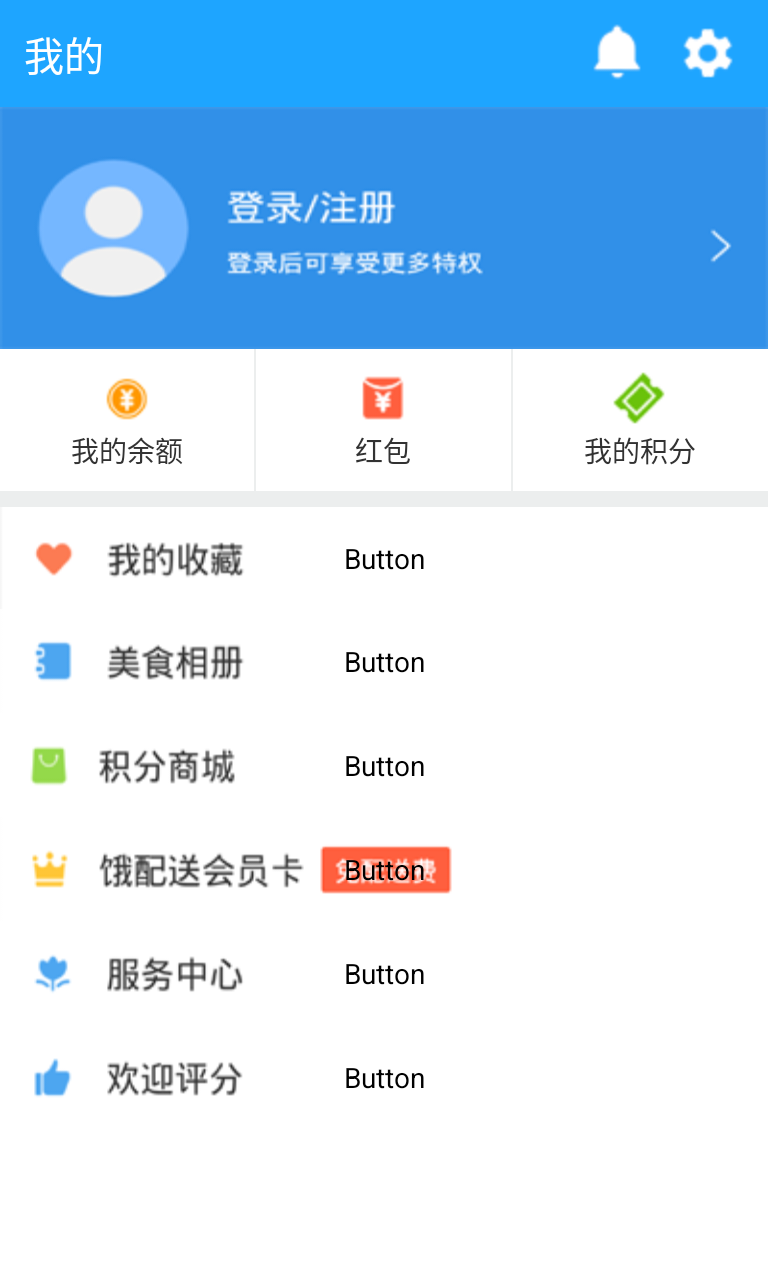
Repository: shi1hh/v
Layout: HungryTest/res/layout/fragment_wode.xml
An editor plug-in stored every save of this project. The layout is shown before and after the next save, followed by the edit.
Pictures or frames that could not be fetched are drawn as grey boxes. It is drawn on a 768 x 1280 px phone screen (xhdpi) without system bars, with theme android:Theme.Light.NoTitleBar; the app's code is not run.

Above is the layout before, as saved 2015-10-25 14:59:41.

### HungryTest/res/layout/fragment_wode.xml
<?xml version="1.0" encoding="utf-8"?>
<LinearLayout xmlns:android="http://schemas.android.com/apk/res/android"
    android:layout_width="match_parent"
    android:layout_height="match_parent"
    android:orientation="vertical" >

    <RelativeLayout
        android:layout_width="match_parent"
        android:layout_height="wrap_content"
        android:background="@color/blackground" >

        <TextView
            style="@style/normal_text"
            android:layout_width="wrap_content"
            android:layout_height="wrap_content"
            android:layout_alignParentLeft="true"
            android:layout_alignParentTop="true"
            android:layout_centerVertical="true"
            android:background="@color/blackground"
            android:gravity="center"
            android:text="@string/wode_title" />

        <Button
            android:id="@+id/button2"
            android:layout_width="wrap_content"
            android:layout_height="wrap_content"
            android:layout_centerVertical="true"
            android:layout_marginRight="15dp"
            android:layout_toLeftOf="@+id/button1"
            android:background="@drawable/wodetitle1" />

        <Button
            android:id="@+id/button1"
            android:layout_width="wrap_content"
            android:layout_height="wrap_content"
            android:layout_alignParentRight="true"
            android:layout_centerVertical="true"
            android:layout_marginRight="15dp"
            android:background="@drawable/wodetitle2" />
    </RelativeLayout>

    <Button
        android:id="@+id/button3"
        android:layout_width="match_parent"
        android:layout_height="wrap_content"
        android:background="@drawable/wodeuserlogo" />

    <LinearLayout
        android:layout_width="match_parent"
        android:layout_height="wrap_content"
        android:background="@color/blackground2"
        android:orientation="horizontal"
        android:paddingBottom="8dp" >

        <TextView
            android:id="@+id/button5"
            android:layout_width="0dp"
            android:layout_height="wrap_content"
            android:layout_weight="1"
            android:background="@color/white"
            android:drawableTop="@drawable/wodewodeyue"
            android:gravity="center"
            android:padding="@dimen/padding_wode_yue_jifen_hongbao"
            android:text="@string/wode_wodeyue" />

        <TextView
            android:id="@+id/button4"
            android:layout_width="0dp"
            android:layout_height="wrap_content"
            android:layout_weight="1"
            android:background="@color/white"
            android:drawableTop="@drawable/wodehongbao"
            android:gravity="center"
            android:layout_marginLeft="1dp"
            android:layout_marginRight="1dp"
                        android:padding="@dimen/padding_wode_yue_jifen_hongbao"
            android:text="@string/wode_hongbao" />

        <TextView
            android:id="@+id/button6"
            android:layout_width="0dp"
            android:layout_height="wrap_content"
            android:layout_weight="1"
            android:background="@color/white"
            android:drawableTop="@drawable/wodejifen"
            android:gravity="center"
                        android:padding="@dimen/padding_wode_yue_jifen_hongbao"
            android:text="@string/wode_jifen" />
    </LinearLayout>

    <Button
        android:id="@+id/button7"
        android:layout_width="wrap_content"
        android:layout_height="wrap_content"
        android:text="Button"
        android:background="@drawable/wodewodeshoucan" />

    <Button
        android:id="@+id/button8"
        android:layout_width="wrap_content"
        android:layout_height="wrap_content"
        android:background="@drawable/wodemeishixiangce"
        android:text="Button" />

    <Button
        android:id="@+id/button9"
        android:layout_width="wrap_content"
        android:layout_height="wrap_content"
        android:background="@drawable/wodejifenshangcheng"
        android:text="Button" />

    <Button
        android:id="@+id/button10"
        android:layout_width="wrap_content"
        android:background="@drawable/wodefanpeisong"
        android:layout_height="wrap_content"
        android:text="Button" />

    <Button
        android:id="@+id/button11"
        android:layout_width="wrap_content"
        android:layout_height="wrap_content"
        android:background="@drawable/wodefuwuzhongxin"
        android:text="Button" />

    <Button
        android:id="@+id/button12"
        android:layout_width="wrap_content"
        android:layout_height="wrap_content"
        android:background="@drawable/wodehuanyingpingfen"
        android:text="Button" />

</LinearLayout>

### HungryTest/res/values/color.xml
<?xml version="1.0" encoding="utf-8"?>
<resources>
    <color name="sum">#ffffff</color>
    <color name="balance">#00FF7F</color>
    <color name="balance_text">#ffffff</color>
    <color name="lvlft_select">#ffffff</color>
    <color name="lvlft_black">#CFCFCF</color>
    <color name="white">#ffffff</color>
    <color name="navigation_bg">#F6F6F6</color>
      <color name="blackground">#1EA5FF</color>
      <color name="text_gray">#CCCCCC</color>
      <color name="waimai_divider">#EEEEEC</color>
      <color name="normal_text">#ffffff</color>
      <color name="blackground2">#eceeee</color>
      <color name="login_button">#60C04D</color>
      <color name="divider">#EEEEEC</color>
      <color name="text_gray_2">#8F8F8F</color>
      <color name="blackground_cart_listview">#F2F2F2</color>
      <color name="black">#FFFAFA</color>
      <color name="text1">#EE2C2C</color>
      <color name="text2">#DAA520</color>
</resources>

### HungryTest/res/values/styles.xml
<resources xmlns:android="http://schemas.android.com/apk/res/android">

    <!--
        Base application theme, dependent on API level. This theme is replaced
        by AppBaseTheme from res/values-vXX/styles.xml on newer devices.





    -->
    <style name="CartActionbar" parent="@android:style/Theme.Holo.Light">

        <!--
            Theme customizations available in newer API levels can go in
            res/values-vXX/styles.xml, while customizations related to
            backward-compatibility can go here.


        -->
        <item name="android:actionBarStyle">@style/CartActionbarBlackground
</item>
<item name="android:actionBarTabTextStyle">@style/CartActionbarTabText</item>
<item name="android:actionBarTabStyle">@style/CartActionbarBackground</item>
<item name="android:textSize">20sp</item>
<item name="android:homeAsUpIndicator">@drawable/back</item>
    </style>

    <style name="CartActionbarBlackground" parent="@android:style/Widget.Holo.Light.ActionBar">
        <item name="android:background">@color/blackground</item>
           <item name="android:gravity">center_horizontal</item>
           <item name="android:titleTextStyle">@style/MyActionBarTitleText</item>

    </style>
        <style name="MyActionBarTitleText" parent="@android:style/TextAppearance.Holo.Widget.ActionBar.Title">
        <item name="android:textColor">#fff</item>
    </style>
    <style name="CartActionbarTabText" parent="@android:style/Widget.ActionBar.TabText">
        <item name="android:textColor">@drawable/selector_cart_tab</item>
        <item name="android:gravity">center_horizontal</item>
    </style>
  <style name="CartActionbarBackground" parent="@android:style/Widget.ActionBar.TabBar" >
      <item name="android:background">@drawable/selector_cart_tab_background</item>
      <item name="android:gravity">center_horizontal</item>
      <item name="android:alignmentMode" >alignBounds</item>
  </style>


  <style name="Universal" parent="@android:style/Theme.Holo.Light">
        <item name="android:actionBarStyle">@style/CartActionbarBlackground
</item>
<item name="android:textSize">20sp</item>
<item name="android:homeAsUpIndicator">@drawable/back</item>
</style>







    <!-- Application theme. -->
    <style name="AppTheme" parent="AppBaseTheme">
        <!-- All customizations that are NOT specific to a particular API-level can go here. -->
    </style>




    <style name="text">
        <item name="android:textSize">10sp</item>
        <item name="android:gravity">center_horizontal</item>
    </style>

    <style name="waimai_tb_text">
        <item name="android:textSize">13sp</item>
        <item name="android:gravity">center_horizontal</item>
    </style>

    <style name="waimai_money_text">
        <item name="android:textColor">#FF3030</item>
        <item name="android:textSize">20sp</item>
    </style>

    <style name="back">
        <item name="android:textColor">#ffffff</item>
        <item name="android:textSize">30sp</item>
        <item name="android:text">←</item>
    </style>

    <!-- 外卖页面 -->
    <style name="waimai_store_name_textsize">
        <item name="android:textSize">20sp</item>
    </style>

    <style name="normal_text">
        <item name="android:textSize">20sp</item>
        <item name="android:textColor">#ffffff</item>
        <item name="android:padding">12dp</item>
    </style>
<!-- 登录页面 -->
    <style name="login_">
        <item name="android:textSize">20sp</item>
        <item name="android:textColor">#ffffff</item>
        <item name="android:padding">10dp</item>
        <item name="android:gravity">center</item>
        <item name="android:text">登录</item>
    </style>

    <style name="forget_psw">
        <item name="android:textColor">#1EA5FF
</item>
        <item name="android:text">忘记密码?</item>
    </style>

    <style name="login_message">
        <item name="android:textColor">#1EA5FF
</item>
        <item name="android:text">短信验证码登录</item>
    </style>
<!-- 发现页面 -->
    <style name="faxian_reward_btn">
        <item name="android:textColor">#ffffff</item>
        <item name="android:background">#FF4500</item>
        <item name="android:text">抽奖</item>
        <item name="android:padding">5dp</item>
    </style>

    <!-- 购物车 -->
   <style
       name="cart_menu_right_grouptext"
       ><item name="android:textColor">#777777</item>
<item name="android:textSize">15sp</item>
<item name="android:background">#F5F5F5</item>
<item name="android:padding">5dp</item></style>

   <style
       name="cart_menu_right_item_name"
       ><item name="android:textSize">20sp</item>
       <item name="android:textColor">#333333</item>
   </style>
   <style
       name="cart_menu_right_item_note"
       ><item name="android:textSize">12sp</item>
       <item name="android:textColor">#999999</item>
   </style>
   <style name="cart_menu_right_item_price">
       <item name="android:textColor">#FF3030</item>
       <item name="android:textSize">23sp</item>

   </style>
   <style
       name="cart_menu_right_item_count"
       ><item name="android:textColor">@color/blackground</item>
       <item name="android:textSize">20sp</item>
       <item name="android:layout_marginRight">5dp</item>
   </style>
   <style
       name="cart_menu_right_item_sells"
       ><item name="android:textColor">#999999</item>
   <item name="android:textSize">12sp</item>
   <item  name="android:layout_marginLeft">5dp</item></style>
   <style name="cart_menu_left_item_name" >
       <item
           name="android:textSize"
           >15sp</item>
       <item  name="android:textColor">#666666</item>
       <item name="android:layout_marginLeft">8dp</item>
   </style>
   <style name="cart_menu_car">
       <item name="android:height">50dp</item>
       <item name="android:background">#4E4E4E</item>
       <item name="android:alpha">0.8</item>
   </style>
   <!-- 出错页面 -->
   <style name="error_button">
       <item name="android:background"  >@color/blackground</item>
       <item name="android:textSize">20sp</item>
       <item name="android:text">重新加载</item>
       <item name="android:textColor">#ffffff</item>
       <item name="android:padding">5dp</item>
   </style>

   <!-- 商家页面 -->
   <style name="seller_name">
<item name="android:gravity">center</item>
       <item name="android:textSize">20sp</item>

   </style>
   <style name="seller_span_text">
       <item name="android:textColor">@color/text_gray_2</item>
       <item name="android:textSize">15sp</item>
       <item name="android:padding">20dp</item>
   </style>
   <style name="seller_announcement">
       <item name="android:textColor">#FF7256</item>
       <item name="android:text">商家公告</item>
       <item name="android:padding">12dp</item>
   </style>
   <style name="seller_introdu_text">
       <item name="android:text">商家简介</item>
       <item name="android:textColor">#9A9A9A</item>
       <item name="android:padding">12dp</item>
   </style>
   <style name="seller_introdu_content">
       <item name="android:textColor">#333333</item>
          <item name="android:padding">12dp</item>
          <item name="android:text">叫外卖，上饿了么！</item>
   </style>
   <style name="seller_detail"><item name="android:text">商家信息</item>
            <item name="android:textColor">#9A9A9A</item>
                   <item name="android:padding">12dp</item>
   </style>
   <style name="seller_detail_content"><item name="android:textColor">#333333</item>
              <item name="android:padding">12dp</item>
   </style>

   <!-- 评价页面 -->
   <style name="evaluate_service_text">
       <item name="android:textColor">#9A9A9A</item>
                <item name="android:padding">5dp</item>
                <item name="android:text">服务态度</item>
                <item name="android:textSize">13sp</item>
   </style>
   <style name="evaluate_goods_text">
         <item name="android:textColor">#9A9A9A</item>
                <item name="android:padding">5dp</item>
                <item name="android:text">菜品评分</item>
                                <item name="android:textSize">13sp</item>
                <item name="android:gravity">center</item>
   </style>
   <style name="evaluate_goods_score">
       <item name="android:textColor">#EE2C2C</item>
              <item name="android:padding">5dp</item>
                              <item name="android:textSize">13sp</item>
               <item name="android:text">分</item>
   </style>



</resources>

### HungryTest/res/values/strings.xml
<?xml version="1.0" encoding="utf-8"?>
<resources>

    <string name="app_name">HungryTest</string>
    <string name="hello_world">Hello world!</string>
    <string name="action_settings">Settings</string>
    <string name="navigation1">外卖</string>
 <string name="navigation2">订单</string>
  <string name="navigation3">发现</string>
   <string name="navigation4">我</string>
   <string name="waimai_tb1">便利店</string>
    <string name="waimai_tb2">品牌馆</string>
     <string name="waimai_tb3">水果</string>
      <string name="waimai_tb4">鲜花蛋糕</string>
       <string name="waimai_tb5">新店特惠</string>
        <string name="waimai_tb6">夜宵</string>
         <string name="waimai_tb7">预定早餐</string>
         <string name="dingdan_text1">订单</string>
         <string name="login_reg">注册</string>
         <string name="back">←</string>
         <string name="dingdan_dingdan">订单</string>
         <string name="dingdan_breakfast">早餐订单</string>
         <string name="login_psw_hint">登录密码</string>
         <string name="login_user_hint">手机/邮箱/用户名</string>
         <string name="login_login">登录</string>
         <string name="login_wx">微信</string>
         <string name="login_qq">QQ</string>
         <string name="login_xl">微博</string>
         <string name="faxian_logo">发现</string>
         <string name="faxian_xianshihaoli">限时好礼</string>
         <string name="faxian_gengduohaoli">更多好礼  ></string>
         <string name="faxian_gengduohaoli_button">更多好礼</string>
         <string name="wode_title">我的</string>
         <string name="wode_wodeyue">我的余额</string>
         <string name="wode_hongbao">红包</string>
         <string name="wode_jifen">我的积分</string>
         <string name="cart_tab_menu">菜单</string>
         <string name="cart_tab_evaluate">评价</string>
         <string name="cart_tab_seller">商家</string>
         <string name="seller_speed">分钟\n平均送餐时间</string>
         <string name="seller_min">元\n起送价</string>
         <string name="seller_dispatch">元\n配送费</string>
</resources>

### HungryTest/res/values/dimens.xml
<resources>

    <!-- Default screen margins, per the Android Design guidelines. -->
    <dimen name="activity_horizontal_margin">16dp</dimen>
    <dimen name="activity_vertical_margin">16dp</dimen>
<dimen name="login_usertop_margin">13dp</dimen>
<dimen  name="login_user_pendding">17dp</dimen>
<dimen name="divider_large">10dp</dimen>
<dimen name="divider_small">1dp</dimen>
<dimen name="faxian_timelimi">20sp</dimen>
<dimen name="padding_faxian_timelimi">10dp</dimen>
<dimen name="padding_faxian_gengduohaoli">5dp</dimen>
<dimen name="padding_faxian_gengduohaoli_btn">20dp</dimen>

<dimen name="padding_wode_yue_jifen_hongbao">10dp</dimen>

</resources>

After the next save:
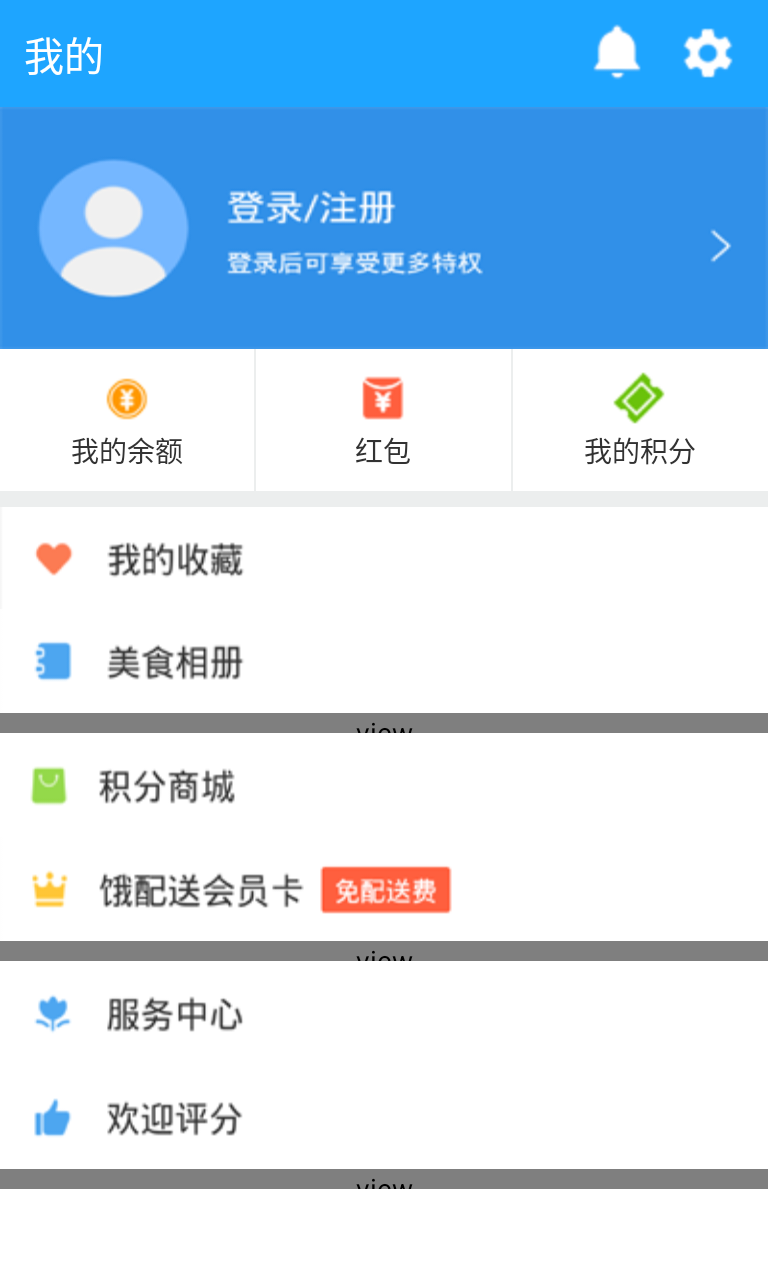
Saved 5 min 58 s later.
--- a/HungryTest/res/layout/fragment_wode.xml
+++ b/HungryTest/res/layout/fragment_wode.xml
@@ -67,13 +67,13 @@
             android:id="@+id/button4"
             android:layout_width="0dp"
             android:layout_height="wrap_content"
+            android:layout_marginLeft="1dp"
+            android:layout_marginRight="1dp"
             android:layout_weight="1"
             android:background="@color/white"
             android:drawableTop="@drawable/wodehongbao"
             android:gravity="center"
-            android:layout_marginLeft="1dp"
-            android:layout_marginRight="1dp"
-                        android:padding="@dimen/padding_wode_yue_jifen_hongbao"
+            android:padding="@dimen/padding_wode_yue_jifen_hongbao"
             android:text="@string/wode_hongbao" />
 
         <TextView
@@ -84,7 +84,7 @@
             android:background="@color/white"
             android:drawableTop="@drawable/wodejifen"
             android:gravity="center"
-                        android:padding="@dimen/padding_wode_yue_jifen_hongbao"
+            android:padding="@dimen/padding_wode_yue_jifen_hongbao"
             android:text="@string/wode_jifen" />
     </LinearLayout>
 
@@ -92,42 +92,47 @@
         android:id="@+id/button7"
         android:layout_width="wrap_content"
         android:layout_height="wrap_content"
-        android:text="Button"
         android:background="@drawable/wodewodeshoucan" />
 
     <Button
         android:id="@+id/button8"
         android:layout_width="wrap_content"
         android:layout_height="wrap_content"
-        android:background="@drawable/wodemeishixiangce"
-        android:text="Button" />
+        android:background="@drawable/wodemeishixiangce" />
+
+    <view
+        android:layout_width="match_parent"
+        android:layout_height="@dimen/divider_large"
+        android:backgroud="@color/divider" />
 
     <Button
         android:id="@+id/button9"
         android:layout_width="wrap_content"
         android:layout_height="wrap_content"
-        android:background="@drawable/wodejifenshangcheng"
-        android:text="Button" />
+        android:background="@drawable/wodejifenshangcheng" />
 
     <Button
         android:id="@+id/button10"
         android:layout_width="wrap_content"
-        android:background="@drawable/wodefanpeisong"
         android:layout_height="wrap_content"
-        android:text="Button" />
-
+        android:background="@drawable/wodefanpeisong" />
+    <view
+        android:layout_width="match_parent"
+        android:layout_height="@dimen/divider_large"
+        android:backgroud="@color/divider" />
     <Button
         android:id="@+id/button11"
         android:layout_width="wrap_content"
         android:layout_height="wrap_content"
-        android:background="@drawable/wodefuwuzhongxin"
-        android:text="Button" />
+        android:background="@drawable/wodefuwuzhongxin" />
 
     <Button
         android:id="@+id/button12"
         android:layout_width="wrap_content"
         android:layout_height="wrap_content"
-        android:background="@drawable/wodehuanyingpingfen"
-        android:text="Button" />
-
+        android:background="@drawable/wodehuanyingpingfen" />
+    <view
+        android:layout_width="match_parent"
+        android:layout_height="@dimen/divider_large"
+        android:backgroud="@color/divider" />
 </LinearLayout>
